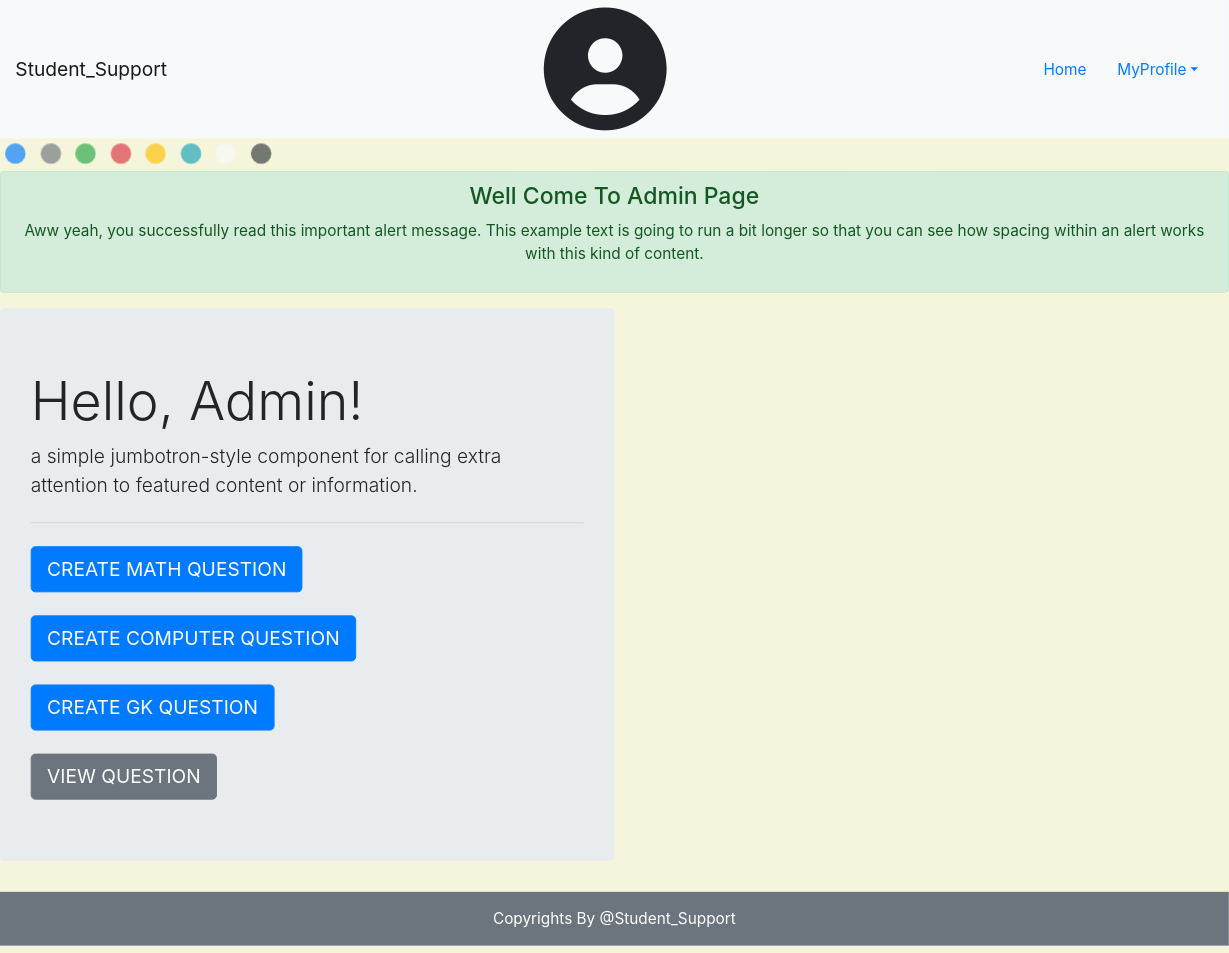
Repository: FeelHack/STUDENT-EXAMINATION-SYSTEM
Page: http://localhost/Exam_System/Admin/admin.jsp
These files come from the project's save history. The page is drawn as it stood at one moment and after the next save; the edit follows.
The browser window is 1280 px wide. The pictures show the whole page, at 96% of full size.
Some web libraries are served in a nearby version. The page is served by Tomcat 9.

Above is the page before, as saved 2020-03-12 07:12:20.

After the next save:
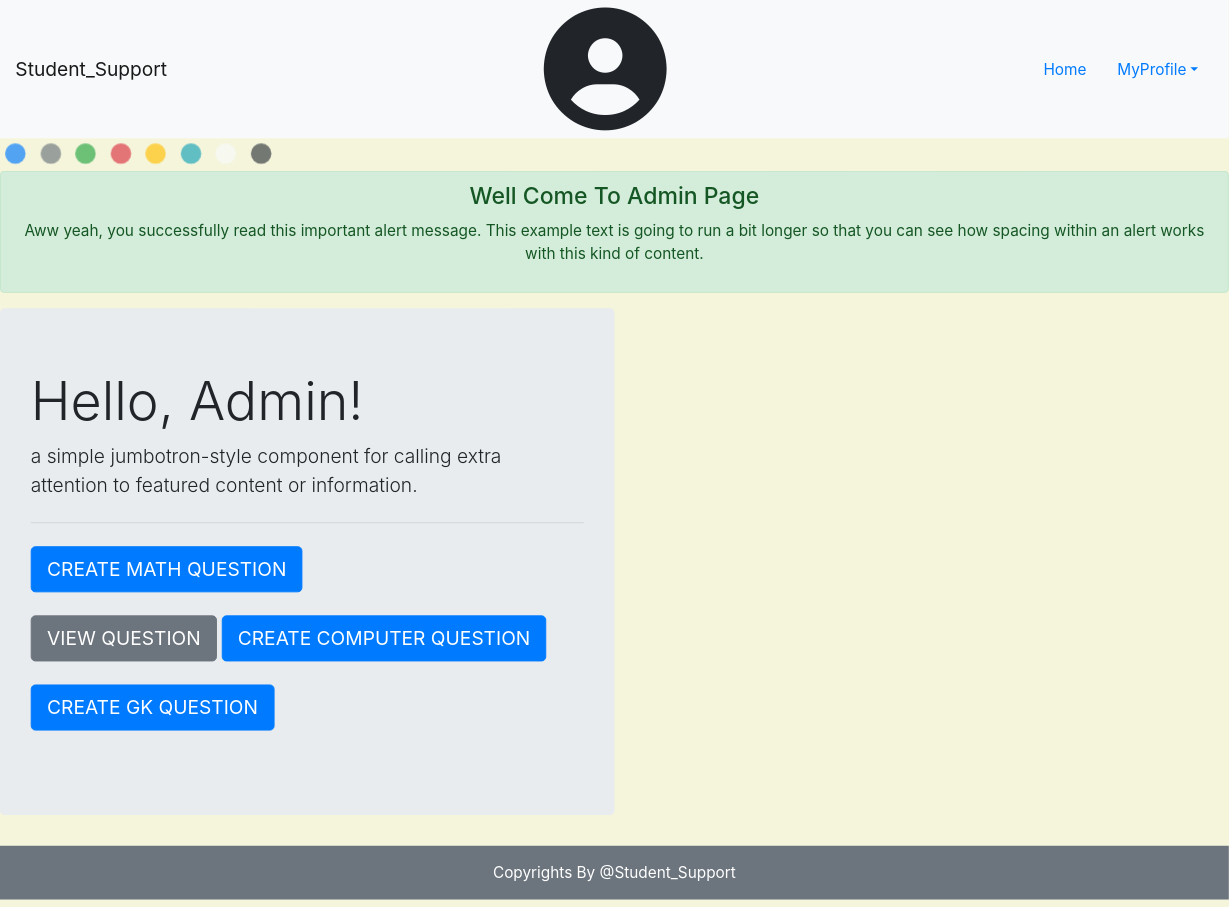
Saved 2 min 22 s later.
--- a/Exam System/WebContent/Admin/admin.jsp
+++ b/Exam System/WebContent/Admin/admin.jsp
@@ -82,9 +82,10 @@
     <p class="lead"> a simple jumbotron-style component for calling extra attention to featured content or information.</p>
     <hr class="my-4">
     <a class="btn btn-primary btn-lg" href="Math.jsp" role="button" target="">CREATE MATH QUESTION</a><br><br>
+    <a class="btn btn-secondary btn-lg" href="ViewQuestion.jsp" role="button">VIEW QUESTION</a>
     <a class="btn btn-primary btn-lg" href="Computer.jsp" role="button" target="">CREATE COMPUTER QUESTION</a><br><br>
     <a class="btn btn-primary btn-lg" href="Gk.jsp" role="button" target="">CREATE GK QUESTION</a><br><br>
-    <a class="btn btn-secondary btn-lg" href="ViewQuestion.jsp" role="button">VIEW QUESTION</a>
+
   </div>
 
   <div class="p-3 mb-2 bg-secondary text-white" style="text-align: center;">Copyrights By @Student_Support</div>
